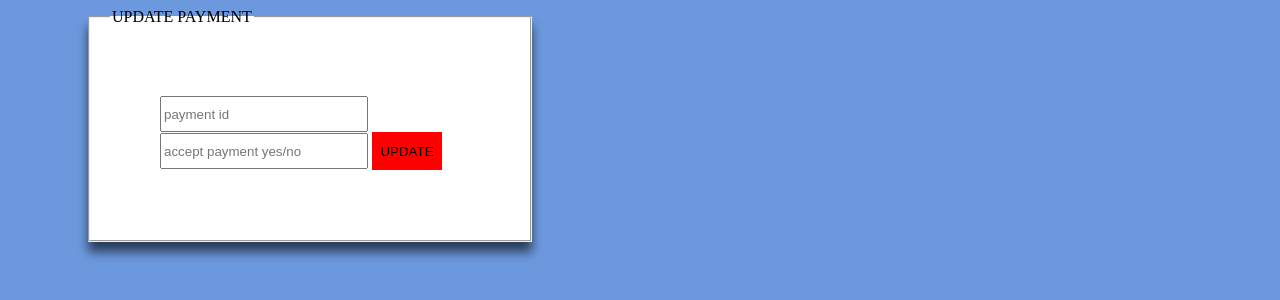
Repository: Nihara-R/Vehicle-Insurance-Portal
Page: http://localhost/paymentupdate.php
These files come from the project's save history. The page is drawn as it stood at one moment and after the next save; the edit follows.
The browser window is 1280 px wide. The pictures show the whole page.
The page is run by PHP 8.4 with error messages shown; the project is at /var/www/html/.

Above is the page before, as saved 2023-06-29 09:05:51.

### paymentupdate.php
<!DOCTYPE html>
<html lang="en" dir="ltr">
  <head>
    <meta charset="utf-8">
    <title></title>
    <link rel="stylesheet" href="css/deletuser.css">
  </head>
  <body>
    <fieldset>
<legend>UPDATE PAYMENT</legend>

    <form class="" action="include/update_payment.inc.php" method="post">

      <input type="text" name="id" value="" placeholder="payment id" class="textbox">
      <input type="text" name="accept" value="" placeholder="accept payment yes/no" class="textbox">

      <input type="submit" name="submit" value="UPDATE" class="button">

</fieldset>
    </form>

  </body>
</html>

### css/deletuser.css
body{
  background: #6C99DE;
}
form{
margin: 50px;
}
.deletebox{
  margin: 200px;
  margin-left: 400px;
  padding: 50px;
  height: 230px;
  border: 3px solid black;
  background-color: white;
  box-shadow: 0 10px 10px rgba(0,0, 0, 0.60);
  width: 40%;
}
fieldset{
  width: 400px;
  padding: 20px;
  align-items: center;
  justify-content: center;
  margin-left: 80px;

  box-shadow: 0 10px 10px rgba(0,0, 0, 0.60);
  background: white;
}
.button{
  background: red;
  height: 38px;
  width: 70px;
  border: none;
}
.textbox{
  height: 30px;
  width: 200px;

}

After the next save:
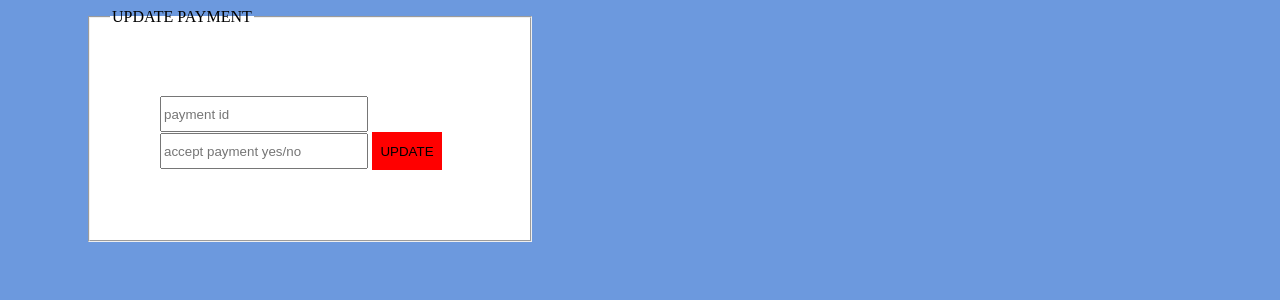
Saved 4 s later.
--- a/css/deletuser.css
+++ b/css/deletuser.css
@@ -21,7 +21,7 @@ fieldset{
   justify-content: center;
   margin-left: 80px;
 
-  box-shadow: 0 10px 10px rgba(0,0, 0, 0.60);
+
   background: white;
 }
 .button{
